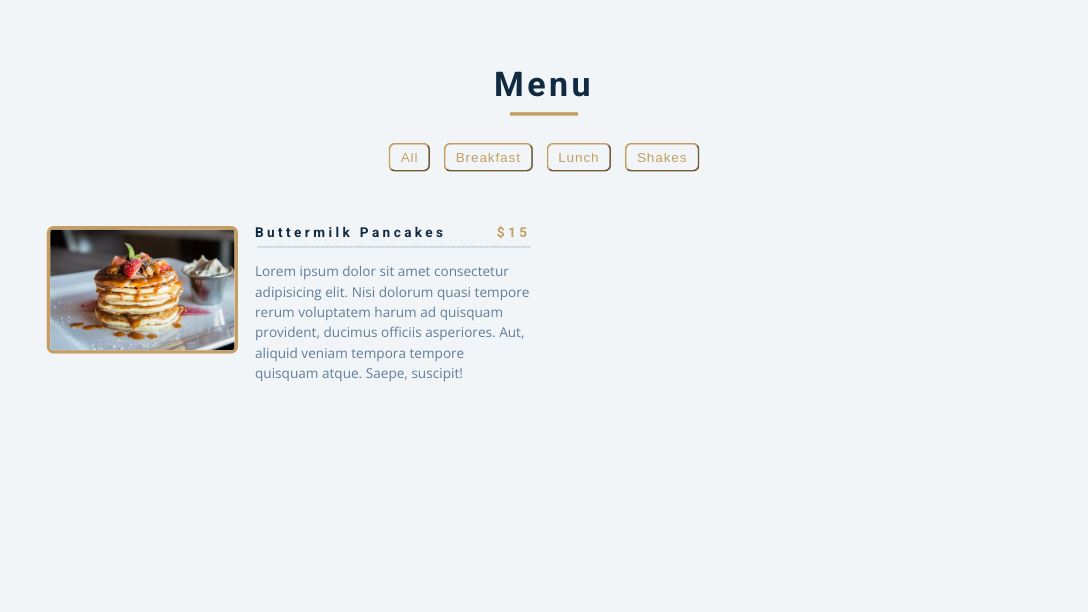
Repository: spidero7/Menu
Page: index.html
An editor plug-in stored every save of this project. The page is shown before and after a run of saves, followed by the edit.
The browser window is 1280 px wide. The pictures show the whole page, at 85% of full size.
Some web libraries are served in a nearby version.

Above is the page before, as saved 2021-10-02 08:07:23.
Console error: SyntaxError: Unexpected token '}'

### index.html
<!DOCTYPE html>
<html lang="en">
<head>
    <meta charset="UTF-8">
    <meta http-equiv="X-UA-Compatible" content="IE=edge">
    <meta name="viewport" content="width=device-width, initial-scale=1.0">
    <title>Menu</title>
    <link rel="stylesheet" href="style.css">
    <link
      rel="stylesheet"
      href="https://cdnjs.cloudflare.com/ajax/libs/font-awesome/5.14.0/css/all.min.css"
    />
</head>
<body>
    <section class="menu">
        <div class="title">
            <h2>Menu</h2>
            <div class="underline"></div>
        </div>
        <div class="btn-container">
            <button class="filter-btn" type="button" data-id="all">all</button>
            <button class="filter-btn" type="button" data-id="breakfast">breakfast</button>
            <button class="filter-btn" type="button" data-id="lunch">lunch</button>
            <button class="filter-btn" type="button" data-id="shakes">shakes</button>
        </div>
        <div class="section-center">
            <article class="menu-item">
                <img src="menu-item.jpeg" class="photo" alt="menu-item">
                <div class="item-info">
                    <header>
                        <h4>Buttermilk pancakes</h4>
                        <h4 class="price">$15</h4>
                    </header>
                    <p class="item-text">Lorem ipsum dolor sit amet consectetur adipisicing elit. Nisi dolorum quasi tempore rerum voluptatem harum ad quisquam provident, ducimus officiis asperiores. Aut, aliquid veniam tempora tempore quisquam atque. Saepe, suscipit!</p>
                </div>
            </article>
        </div>
    </section>
    <script src="app.js"></script>
</body>
</html>

### style.css
/*
===============
Fonts
===============
*/
@import url("https://fonts.googleapis.com/css?family=Open+Sans|Roboto:400,700&display=swap");

/*
===============
Variables
===============
*/

:root {
  /* dark shades of primary color*/
  --clr-primary-1: hsl(205, 86%, 17%);
  --clr-primary-2: hsl(205, 77%, 27%);
  --clr-primary-3: hsl(205, 72%, 37%);
  --clr-primary-4: hsl(205, 63%, 48%);
  /* primary/main color */
  --clr-primary-5: #49a6e9;
  /* lighter shades of primary color */
  --clr-primary-6: hsl(205, 89%, 70%);
  --clr-primary-7: hsl(205, 90%, 76%);
  --clr-primary-8: hsl(205, 86%, 81%);
  --clr-primary-9: hsl(205, 90%, 88%);
  --clr-primary-10: hsl(205, 100%, 96%);
  /* darkest grey - used for headings */
  --clr-grey-1: hsl(209, 61%, 16%);
  --clr-grey-2: hsl(211, 39%, 23%);
  --clr-grey-3: hsl(209, 34%, 30%);
  --clr-grey-4: hsl(209, 28%, 39%);
  /* grey used for paragraphs */
  --clr-grey-5: hsl(210, 22%, 49%);
  --clr-grey-6: hsl(209, 23%, 60%);
  --clr-grey-7: hsl(211, 27%, 70%);
  --clr-grey-8: hsl(210, 31%, 80%);
  --clr-grey-9: hsl(212, 33%, 89%);
  --clr-grey-10: hsl(210, 36%, 96%);
  --clr-white: #fff;
  --clr-red-dark: hsl(360, 67%, 44%);
  --clr-red-light: hsl(360, 71%, 66%);
  --clr-green-dark: hsl(125, 67%, 44%);
  --clr-green-light: hsl(125, 71%, 66%);
  --clr-gold: #c59d5f;
  --clr-black: #222;
  --ff-primary: "Roboto", sans-serif;
  --ff-secondary: "Open Sans", sans-serif;
  --transition: all 0.3s linear;
  --spacing: 0.25rem;
  --radius: 0.5rem;
  --light-shadow: 0 5px 15px rgba(0, 0, 0, 0.1);
  --dark-shadow: 0 5px 15px rgba(0, 0, 0, 0.2);
  --max-width: 1170px;
  --fixed-width: 620px;
}
/*
===============
Global Styles
===============
*/

*,
::after,
::before {
  margin: 0;
  padding: 0;
  box-sizing: border-box;
}
body {
  font-family: var(--ff-secondary);
  background: var(--clr-grey-10);
  color: var(--clr-grey-1);
  line-height: 1.5;
  font-size: 0.875rem;
}
ul {
  list-style-type: none;
}
a {
  text-decoration: none;
}
img:not(.logo) {
  width: 100%;
}
img {
  display: block;
}

h1,
h2,
h3,
h4 {
  letter-spacing: var(--spacing);
  text-transform: capitalize;
  line-height: 1.25;
  margin-bottom: 0.75rem;
  font-family: var(--ff-primary);
}
h1 {
  font-size: 3rem;
}
h2 {
  font-size: 2rem;
}
h3 {
  font-size: 1.25rem;
}
h4 {
  font-size: 0.875rem;
}
p {
  margin-bottom: 1.25rem;
  color: var(--clr-grey-5);
}
@media screen and (min-width: 800px) {
  h1 {
    font-size: 4rem;
  }
  h2 {
    font-size: 2.5rem;
  }
  h3 {
    font-size: 1.75rem;
  }
  h4 {
    font-size: 1rem;
  }
  body {
    font-size: 1rem;
  }
  h1,
  h2,
  h3,
  h4 {
    line-height: 1;
  }
}
/*  global classes */

.btn {
  text-transform: uppercase;
  background: transparent;
  color: var(--clr-black);
  padding: 0.375rem 0.75rem;
  letter-spacing: var(--spacing);
  display: inline-block;
  transition: var(--transition);
  font-size: 0.875rem;
  border: 2px solid var(--clr-black);
  cursor: pointer;
  box-shadow: 0 1px 3px rgba(0, 0, 0, 0.2);
  border-radius: var(--radius);
}
.btn:hover {
  color: var(--clr-white);
  background: var(--clr-black);
}
/* section */
.section {
  padding: 5rem 0;
}

main {
  min-height: 100vh;
  display: grid;
  place-items: center;
}
/*
===============
Menu
===============
*/

.menu {
  padding: 5rem 0;
}
.title {
  text-align: center;
  margin-bottom: 2rem;
}
.underline {
  width: 5rem;
  height: 0.25rem;
  background: var(--clr-gold);
  margin-left: auto;
  margin-right: auto;
}
.btn-container {
  margin-bottom: 4rem;
  display: flex;
  justify-content: center;
}
.filter-btn {
  background: transparent;
  border-color: var(--clr-gold);
  font-size: 1rem;
  text-transform: capitalize;
  margin: 0 0.5rem;
  letter-spacing: 1px;
  border-radius: var(--radius);
  padding: 0.375rem 0.75rem;
  color: var(--clr-gold);
  cursor: pointer;
  transition: var(--transition);
}
.filter-btn:hover {
  background: var(--clr-gold);
  color: var(--clr-white);
}
.section-center {
  width: 90vw;
  margin: 0 auto;
  max-width: 1170px;
  display: grid;
  gap: 3rem 2rem;
  justify-items: center;
}
.menu-item {
  display: grid;
  gap: 1rem 2rem;
  max-width: 25rem;
}
.photo {
  object-fit: cover;
  height: 200px;
  border: 0.25rem solid var(--clr-gold);
  border-radius: var(--radius);
}
.item-info header {
  display: flex;
  justify-content: space-between;
  border-bottom: 0.5px dotted var(--clr-grey-5);
}
.item-info h4 {
  margin-bottom: 0.5rem;
}
.price {
  color: var(--clr-gold);
}
.item-text {
  margin-bottom: 0;
  padding-top: 1rem;
}

@media screen and (min-width: 768px) {
  .menu-item {
    grid-template-columns: 225px 1fr;
    gap: 0 1.25rem;
    max-width: 40rem;
  }
  .photo {
    height: 175px;
  }
}
@media screen and (min-width: 1200px) {
  .section-center {
    width: 95vw;
    grid-template-columns: 1fr 1fr;
  }
  .photo {
    height: 150px;
  }
}

### app.js
// items
const menu = [
  {
    id: 1,
    title: "buttermilk pancakes",
    category: "breakfast",
    price: 15.99,
    img: "./images/item-1.jpeg",
    desc: `I'm baby woke mlkshk wolf bitters live-edge blue bottle, hammock freegan copper mug whatever cold-pressed `,
  },
  {
    id: 2,
    title: "diner double",
    category: "lunch",
    price: 13.99,
    img: "./images/item-2.jpeg",
    desc: `vaporware iPhone mumblecore selvage raw denim slow-carb leggings gochujang helvetica man braid jianbing. Marfa thundercats `,
  },
  {
    id: 3,
    title: "godzilla milkshake",
    category: "shakes",
    price: 6.99,
    img: "./images/item-3.jpeg",
    desc: `ombucha chillwave fanny pack 3 wolf moon street art photo booth before they sold out organic viral.`,
  },
  {
    id: 4,
    title: "country delight",
    category: "breakfast",
    price: 20.99,
    img: "./images/item-4.jpeg",
    desc: `Shabby chic keffiyeh neutra snackwave pork belly shoreditch. Prism austin mlkshk truffaut, `,
  },
  {
    id: 5,
    title: "egg attack",
    category: "lunch",
    price: 22.99,
    img: "./images/item-5.jpeg",
    desc: `franzen vegan pabst bicycle rights kickstarter pinterest meditation farm-to-table 90's pop-up `,
  },
  {
    id: 6,
    title: "oreo dream",
    category: "shakes",
    price: 18.99,
    img: "./images/item-6.jpeg",
    desc: `Portland chicharrones ethical edison bulb, palo santo craft beer chia heirloom iPhone everyday`,
  },
  {
    id: 7,
    title: "bacon overflow",
    category: "breakfast",
    price: 8.99,
    img: "./images/item-7.jpeg",
    desc: `carry jianbing normcore freegan. Viral single-origin coffee live-edge, pork belly cloud bread iceland put a bird `,
  },
  {
    id: 8,
    title: "american classic",
    category: "lunch",
    price: 12.99,
    img: "./images/item-8.jpeg",
    desc: `on it tumblr kickstarter thundercats migas everyday carry squid palo santo leggings. Food truck truffaut  `,
  },
  {
    id: 9,
    title: "quarantine buddy",
    category: "shakes",
    price: 16.99,
    img: "./images/item-9.jpeg",
    desc: `skateboard fam synth authentic semiotics. Live-edge lyft af, edison bulb yuccie crucifix microdosing.`,
  },
];

const sectionCenter = document.querySelector('.section-center');
const filterButtons = document.querySelectorAll('.filter-btn');

// load items
window.addEventListener("DOMContentLoaded", function () {
 displayMenuItems(menu);
});

// filter items
filterButtons.forEach(button => {
  button.addEventListener('click', function(e) {
    const category = e.currentTarget.dataset.id;
    const menuCategory = menu.filter(menuItem => {
      //console.log(menuItem.category)
      if (menuItem.category === category) {
        return menuItem;
      }
    });
    //console.log(menuCategory);
    if (cat)
  });
})

function displayMenuItems(menuItems) {
  let displayMenu = menuItems.map(function (item) {
    return `<article class="menu-item">
    <img src=${item.img} class="photo" alt=${item.title}>
    <div class="item-info">
        <header>
            <h4>${item.title}</h4>
            <h4 class="price">${item.price}</h4>
        </header>
        <p class="item-text">${item.desc}</p>
    </div>
</article>`;
  });
  displayMenu = displayMenu.join("");
  sectionCenter.innerHTML = displayMenu
}

After the next 5 saves:
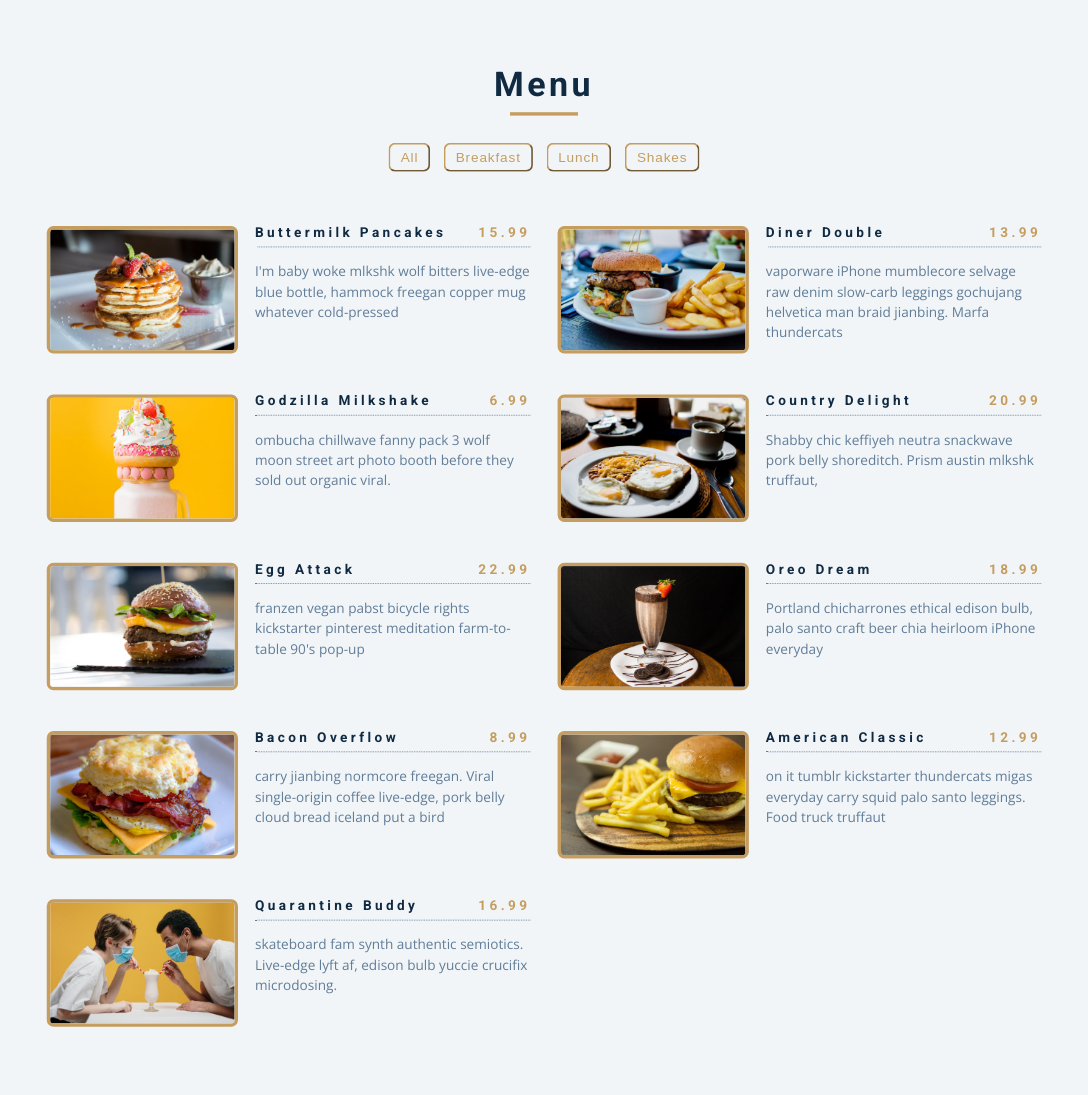
The error is gone.
The 5 saves are shown as one change because they came seconds apart.
The last was saved 17 s later.
--- a/app.js
+++ b/app.js
@@ -93,7 +93,9 @@ filterButtons.forEach(button => {
       }
     });
     //console.log(menuCategory);
-    if (cat)
+    if (category === 'all') {
+      displayMenuItems(menu)
+    }
   });
 })
 
